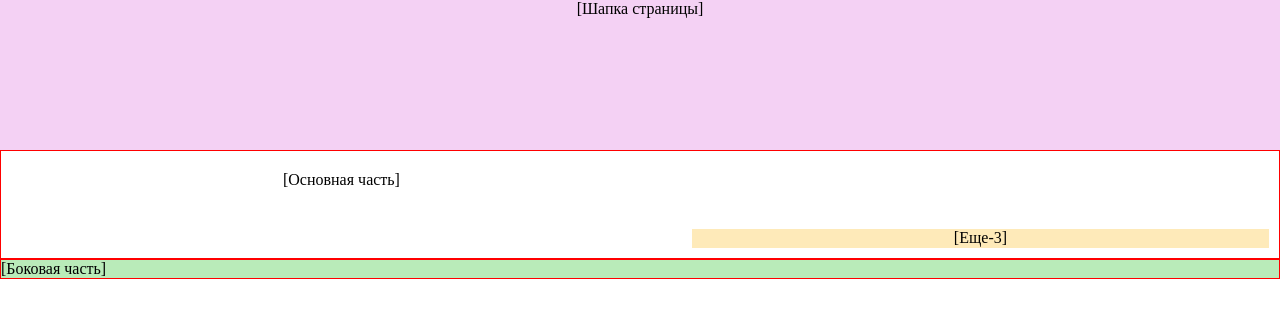
Repository: IrinaGetmanenko/week6
Page: grid.html
An editor plug-in stored every save of this project. The page is shown before and after the next save, followed by the edit.
The browser window is 1280 px wide. The pictures show the whole page.

Above is the page before, as saved 2022-10-22 18:44:32.

After the next save:
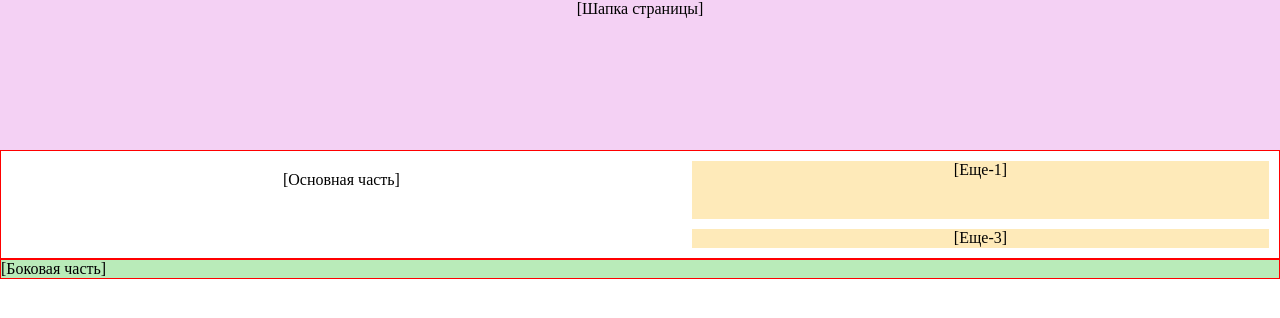
Saved 3 min 44 s later.
--- a/grid.html
+++ b/grid.html
@@ -43,7 +43,7 @@ padding: 10px 10px 30px;
 
 
 
-.left
+.block left
 {
   grid-area:left;
 
